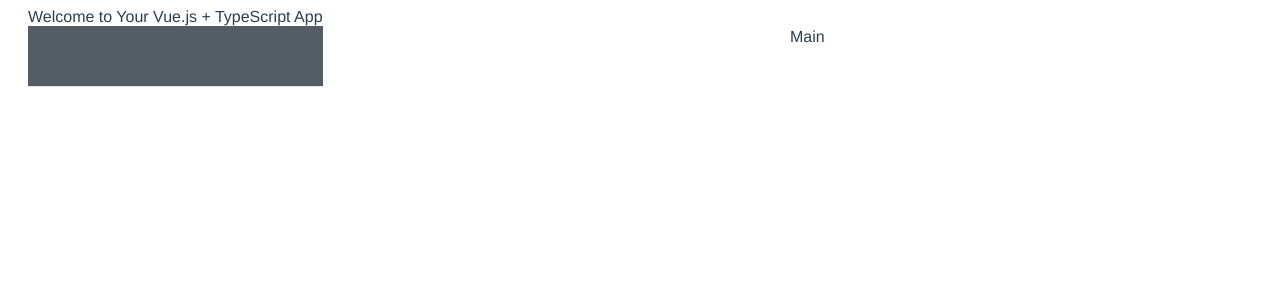
Repository: TheWomanLiketheWind/woodpecker
Page: /
The author's editor kept a copy of each file at every save. The page is drawn from the files as they stood at one save, then again after the next save.
The browser window is 1280 px wide. The pictures show the whole page.
The project was rebuilt for these pictures with package versions that can differ from the ones it lists, and the page was loaded fresh each time. Imported but missing from the stored project, and not drawn on this page: src/views/About.vue.

Above is the page before, as saved 2019-07-25 14:31:33.

### public/index.html
<!DOCTYPE html>
<html lang="en">
  <head>
    <meta charset="utf-8">
    <meta http-equiv="X-UA-Compatible" content="IE=edge">
    <meta name="viewport" content="width=device-width,initial-scale=1.0">
    <link rel="icon" href="<%= BASE_URL %>favicon.ico">
    <title>woodpecker</title>
  </head>
  <body>
    <noscript>
      <strong>We're sorry but woodpecker doesn't work properly without JavaScript enabled. Please enable it to continue.</strong>
    </noscript>
    <div id="app"></div>
    <!-- built files will be auto injected -->
  </body>
</html>

### src/App.vue
<template>
  <div id="app">
    <router-view />
  </div>
</template>

<style lang="scss">
#app {
  font-family: "Avenir", Helvetica, Arial, sans-serif;
  -webkit-font-smoothing: antialiased;
  -moz-osx-font-smoothing: grayscale;
  text-align: center;
  color: #2c3e50;
}
#nav {
  padding: 30px;
  a {
    font-weight: bold;
    color: #2c3e50;
    &.router-link-exact-active {
      color: #42b983;
    }
  }
}
</style>

### src/views/Home.vue
<template>
  <el-container>

    <Head msg="Welcome to Your Vue.js + TypeScript App"></Head>
    <el-main>Main</el-main>
  </el-container>
  <!-- <div class="home">
    <img alt="Vue logo" src="../assets/logo.png">
    <HelloWorld msg="Welcome to Your Vue.js + TypeScript App"/>
  </div> -->

</template>

<script lang="ts">
import { Component, Vue } from "vue-property-decorator";
import Head from "@/components/Head.vue"; // @ is an alias to /src

@Component({
  components: {
    Head
  }
})
export default class Home extends Vue {}
</script>

### src/components/Head.vue
<template>
  <el-header>
    {{msg}}
    <el-menu :default-active="activeIndex"
             class="el-menu-demo"
             mode="horizontal"
             background-color="#545c64"
             text-color="#fff"
             active-text-color="#ffd04b"
             @select="handleSelect">
      <el-menu-item index="1">
        <router-link>订单管理</router-link>
      </el-menu-item>
      <el-menu-item index="2">
        <router-link>订单管理</router-link>
      </el-menu-item>
      <el-menu-item index="3">
        <router-link>订单管理</router-link>
      </el-menu-item>
    </el-menu>
  </el-header>
</template>

<script lang="ts">
import { Component, Prop, Vue } from "vue-property-decorator";

@Component
export default class Head extends Vue {
  @Prop() private msg!: string;
  data() {
    return {
      activeIndex: 0
    };
  }

  private handleSelect(key: any, keyPath: any) {
    console.log(key, keyPath);
  }
}
</script>

<style>
</style>

Loaded but not shown: src/main.ts (common file); src/router.ts (common file); src/store.ts (common file)

After the next save:
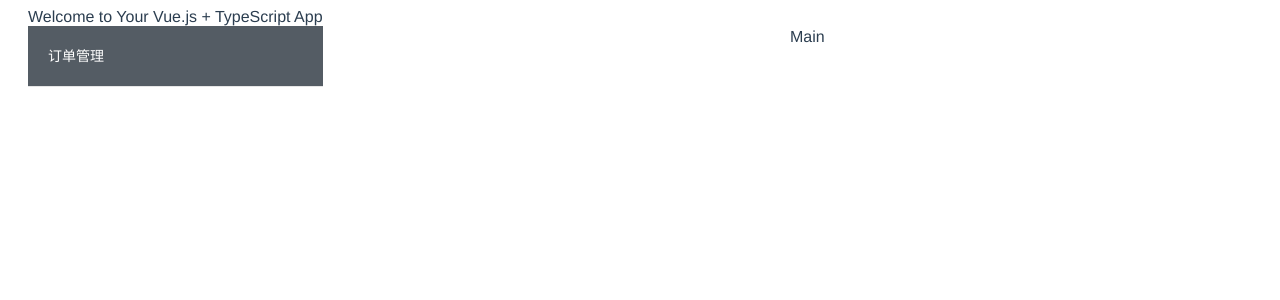
Saved 11 s later.
--- a/src/components/Head.vue
+++ b/src/components/Head.vue
@@ -8,8 +8,7 @@
              text-color="#fff"
              active-text-color="#ffd04b"
              @select="handleSelect">
-      <el-menu-item index="1">
-        <router-link>订单管理</router-link>
+      <el-menu-item index="1">订单管理
       </el-menu-item>
       <el-menu-item index="2">
         <router-link>订单管理</router-link>
